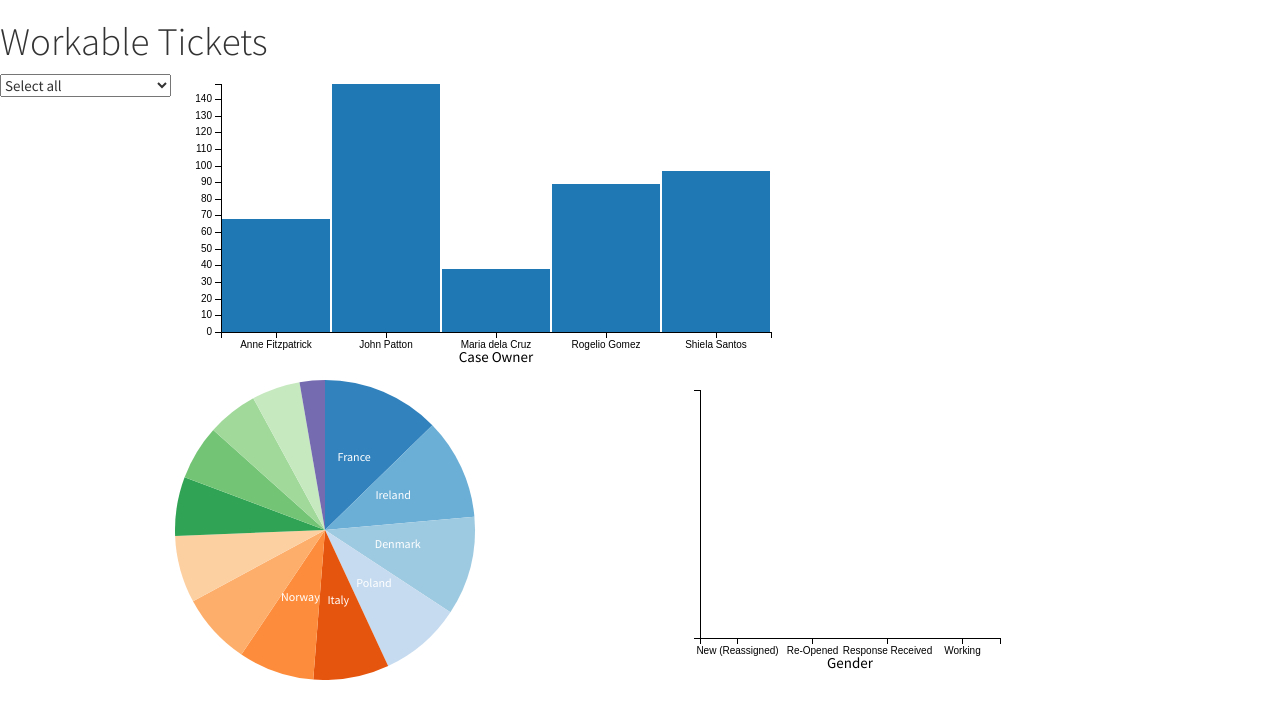
Repository: RChanco/Workable-Tickets-Dashboard
Page: index.html
The author's editor kept a record of every edit. The page is drawn from the files as they stood at one moment, then again after the next edit.
The browser window is 1280 px wide. The pictures show the whole page.

Above is the page before.

### index.html
<!DOCTYPE html>
<html lang="en">
<head>
    <meta charset="UTF-8">
    <meta name="viewport" content="width=device-width, initial-scale=1.0">
    <meta http-equiv="X-UA-Compatible" content="ie=edge">
    <title>Workable Tickets Dashboard</title>

    <link rel="stylesheet" href="static/css/bootstrap.min.css" type="text/css" />
    <link rel="stylesheet" href="static/css/dc.min.css" type="text/css" />

    <script type="text/javascript" src="static/js/d3.min.js"></script>
    <script type="text/javascript" src="static/js/crossfilter.min.js"></script>
    <script type="text/javascript" src="static/js/dc.min.js"></script>
    <script type="text/javascript" src="static/js/queue.min.js"></script>
    <script type="text/javascript" src="static/js/graph.js"></script>

</head>
<body>
    <h1>Workable Tickets</h1>


    <div id="status-selector"></div>

    <div id="case-owner"></div>

    <div id="case-country"></div>

    <div id="average-days-old"></div>

</body>
</html>

### static/js/graph.js
queue()
    .defer(d3.csv,"data/Open_Tickets.csv")
     .await(makeGraphs);

function makeGraphs(error, ticketsData) {
    var ndx = crossfilter(ticketsData);

    show_status_selector(ndx);
    show_case_owner(ndx);

    show_case_country(ndx);
    show_case_days_old(ndx);

    dc.renderAll();

}

function show_status_selector(ndx) {
    var dim = ndx.dimension(dc.pluck('Status'));
    var group = dim.group();

    dc.selectMenu("#status-selector")
        .dimension(dim)
        .group(group);
}
function show_case_owner(ndx) {
    var dim = ndx.dimension(dc.pluck('CaseOwner'));
    var group = dim.group();

    dc.barChart("#case-owner")
        .width(650)
        .height(300)
        .margins({top: 10, right: 50, bottom: 30, left: 50})
        .dimension(dim)
        .group(group)
        .transitionDuration(500)
        .x(d3.scale.ordinal())
        .xUnits(dc.units.ordinal)
        .xAxisLabel("Case Owner")
        .yAxis().ticks(20);
}

function show_case_days_old(ndx) {
    var dim = ndx.dimension(dc.pluck('Status'));

    function add_item(p, v) {
        p.count++;
        p.total += v.DaysOld;
        p.average = p.total / p.count;
        return p;
    }

    function remove_item(p, v) {
        p.count--;
        if(p.count == 0) {
            p.total = 0;
            p.average = 0;
        } else {
            p.total -= v.DaysOld;
            p.average = p.total / p.count;
        }
        return p;
    }

    function initialise() {
        return {count: 0, total: 0, average: 0};
    }

    var averageDaysOld = dim.group().reduce(add_item, remove_item, initialise);

    dc.barChart("#average-days-old")
	        .width(400)
	        .height(300)
	        .margins({top: 10, right: 50, bottom: 30, left: 50})
	        .dimension(dim)
	        .group(averageDaysOld)
	        .valueAccessor(function(d){
	            return d.value.average.toFixed(2);
	        })
	        .transitionDuration(500)
	        .x(d3.scale.ordinal())
	        .xUnits(dc.units.ordinal)
	        .elasticY(true)
	        .xAxisLabel("Gender")
	        .yAxis().ticks(4);

}

function show_case_country(ndx) {
    var dim = ndx.dimension(dc.pluck('CaseCountry'));
    var group = dim.group();

    dc.pieChart("#case-country")
        .width(650)
        .height(300)
/*        .margins({top: 10, right: 50, bottom: 30, left: 50})  */
        .dimension(dim)
        .group(group)
        .transitionDuration(500)
/*        .x(d3.scale.ordinal())
        .xUnits(dc.units.ordinal)
        .xAxisLabel("Case Country")
        .yAxis().ticks(20); */
}

Loaded but not shown: static/css/bootstrap.min.css (library); static/css/dc.min.css (library); static/js/d3.min.js (library); static/js/crossfilter.min.js (library); static/js/dc.min.js (library); static/js/queue.min.js (common file)

After the next edit:
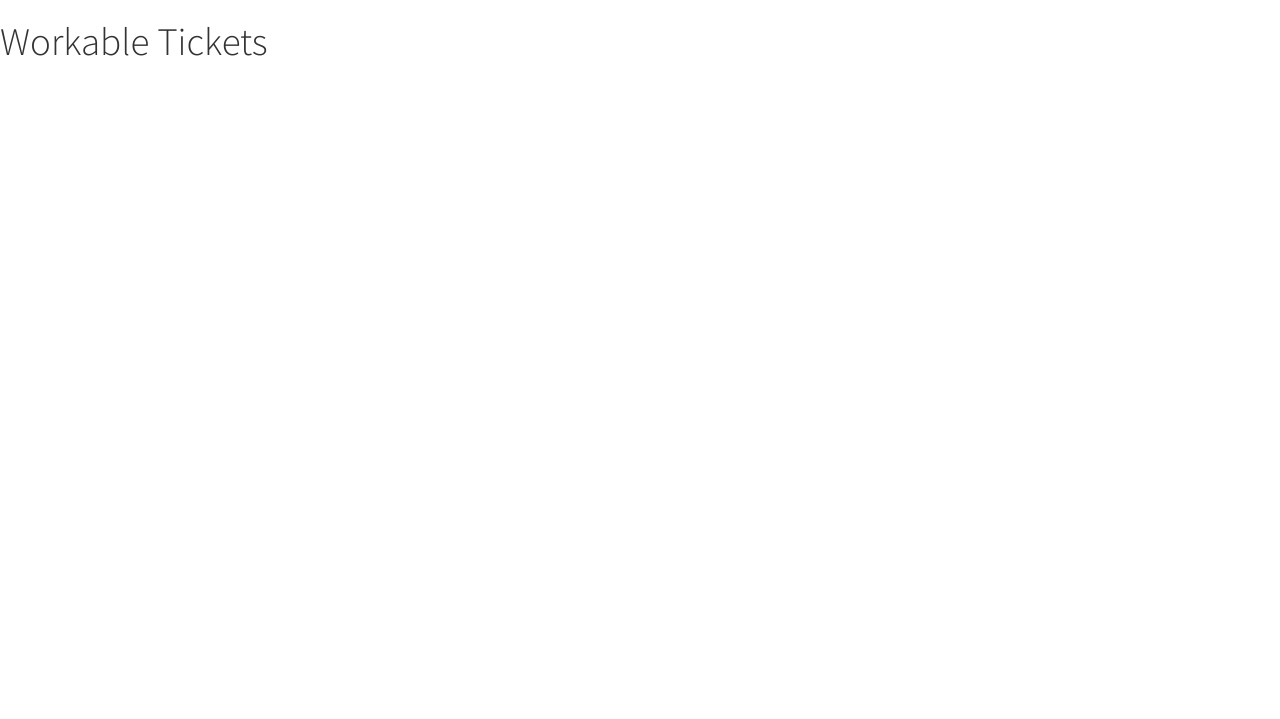
Console error: SyntaxError: Unexpected token '.'
The edit:
--- a/static/js/graph.js
+++ b/static/js/graph.js
@@ -4,6 +4,10 @@
 
 function makeGraphs(error, ticketsData) {
     var ndx = crossfilter(ticketsData);
+
+/*    DaysOldData.forEach(function(d){
+        d.DaysOld = parseInt(d.DaysOld);
+    })
 
     show_status_selector(ndx);
     show_case_owner(ndx);

After the edit that followed:
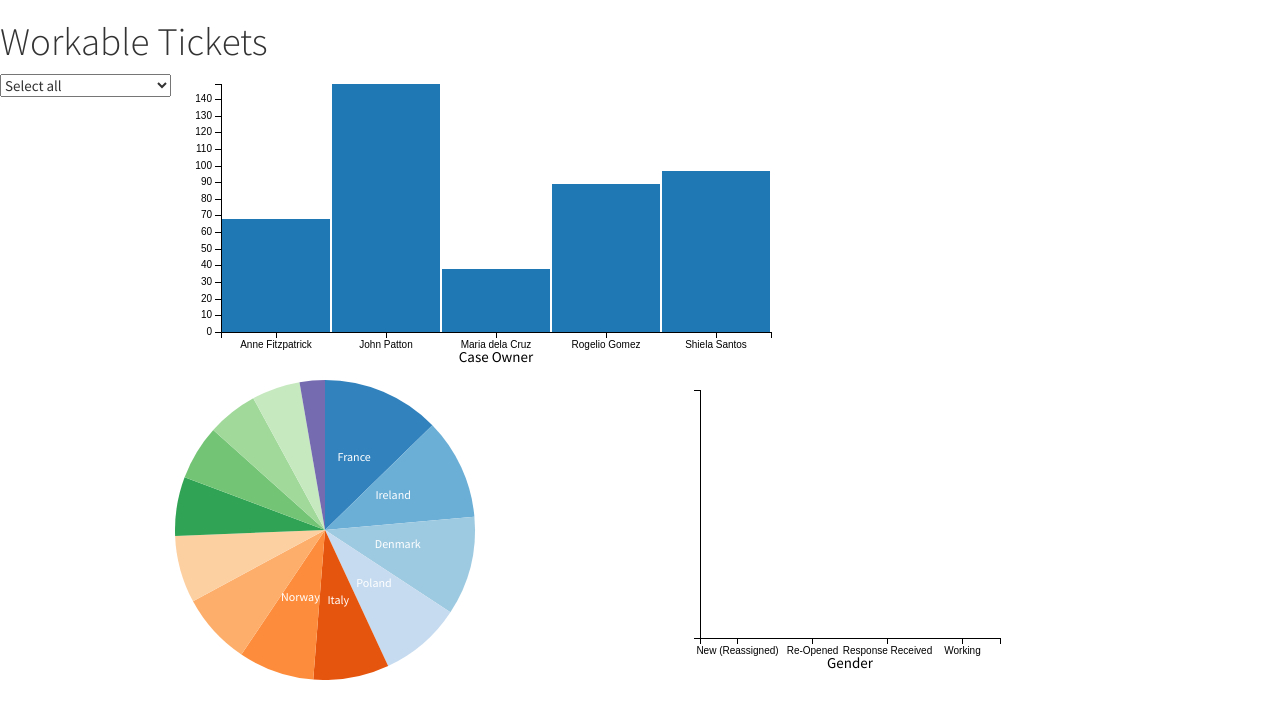
The error is gone.
The edit:
--- a/static/js/graph.js
+++ b/static/js/graph.js
@@ -8,7 +8,7 @@
 /*    DaysOldData.forEach(function(d){
         d.DaysOld = parseInt(d.DaysOld);
     })
-
+*/
     show_status_selector(ndx);
     show_case_owner(ndx);
 
